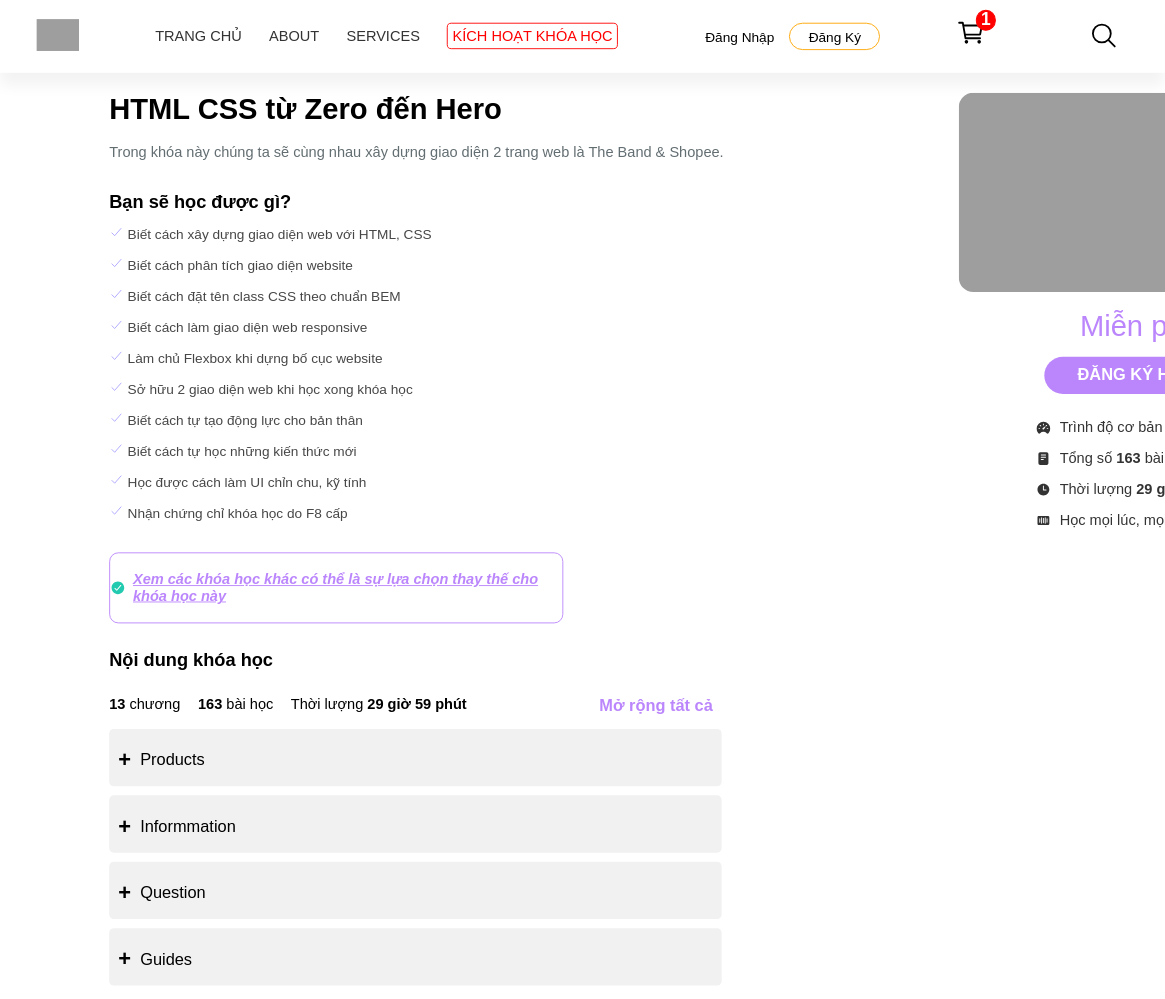
Repository: hoanghuuphuc/hoanghuuphuc
Page: details.html
The author's editor kept a copy of each file at every save. The page is drawn from the files as they stood at one save, then again after the next save.
The browser window is 1280 px wide. The pictures show the whole page, at 91% of full size.
Pictures or frames that could not be fetched are drawn as grey boxes.

Above is the page before, as saved 2022-12-11 23:59:29.
Console error: TypeError: Cannot read properties of null (reading 'addEventListener')

After the next save:
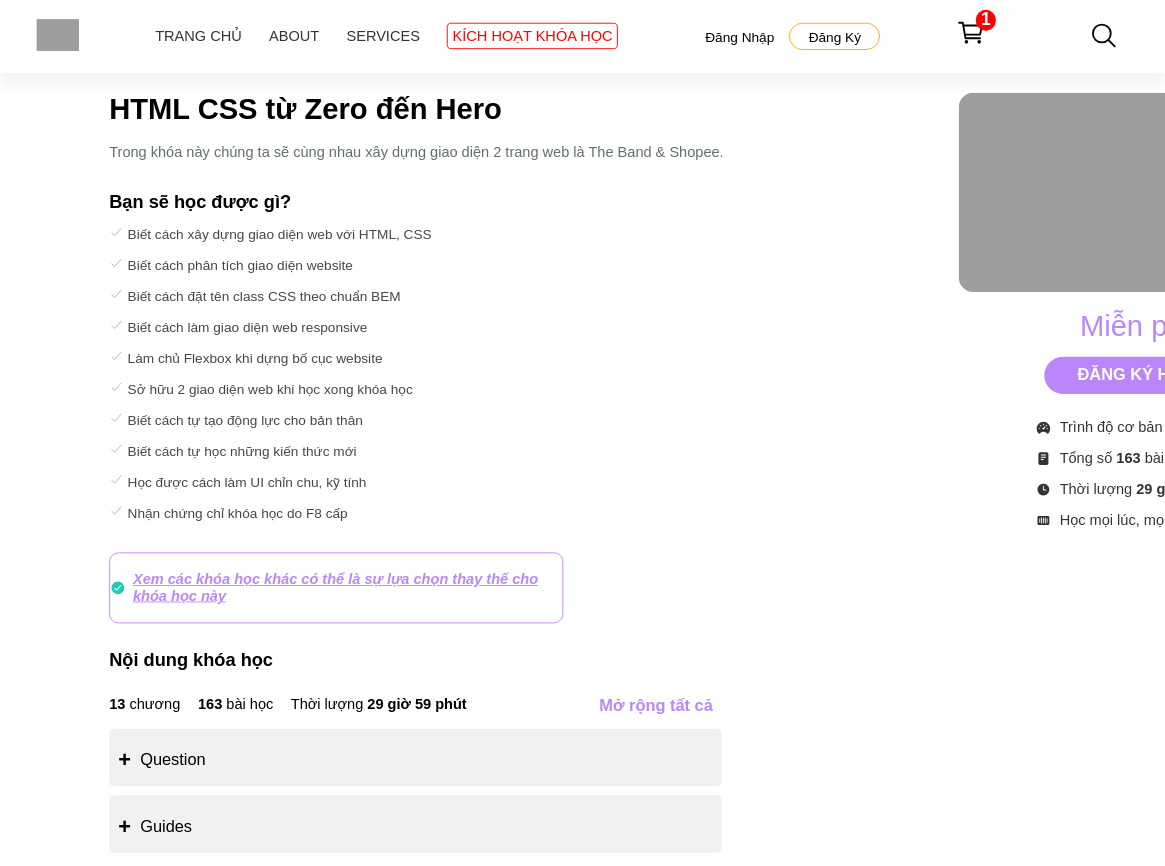
Saved 51 s later.
--- a/details.html
+++ b/details.html
@@ -122,26 +122,6 @@
         <div class="accordions">
           <ul class="accordion">
             <li>
-              <input type="radio" name="accordion" id="first" />
-              <label for="first">Products</label>
-              <div class="accordion-content">
-                Lorem ipsum dolor sit amet consectetur adipisicing elit. Illum
-                hic laboriosam temporibus voluptatem sunt aspernatur incidunt
-                expedita, iure illo? Atque et, dolorem recusandae quod voluptate
-                eligendi adipisci incidunt ut iusto?
-              </div>
-            </li>
-            <li>
-              <input type="radio" name="accordion" id="second" />
-              <label for="second">Informmation</label>
-              <div class="accordion-content">
-                Lorem ipsum dolor sit amet consectetur adipisicing elit. Illum
-                hic laboriosam temporibus voluptatem sunt aspernatur incidunt
-                expedita, iure illo? Atque et, dolorem recusandae quod voluptate
-                eligendi adipisci incidunt ut iusto?
-              </div>
-            </li>
-            <li>
               <input type="radio" name="accordion" id="third" />
               <label for="third">Question</label>
               <div class="accordion-content">
